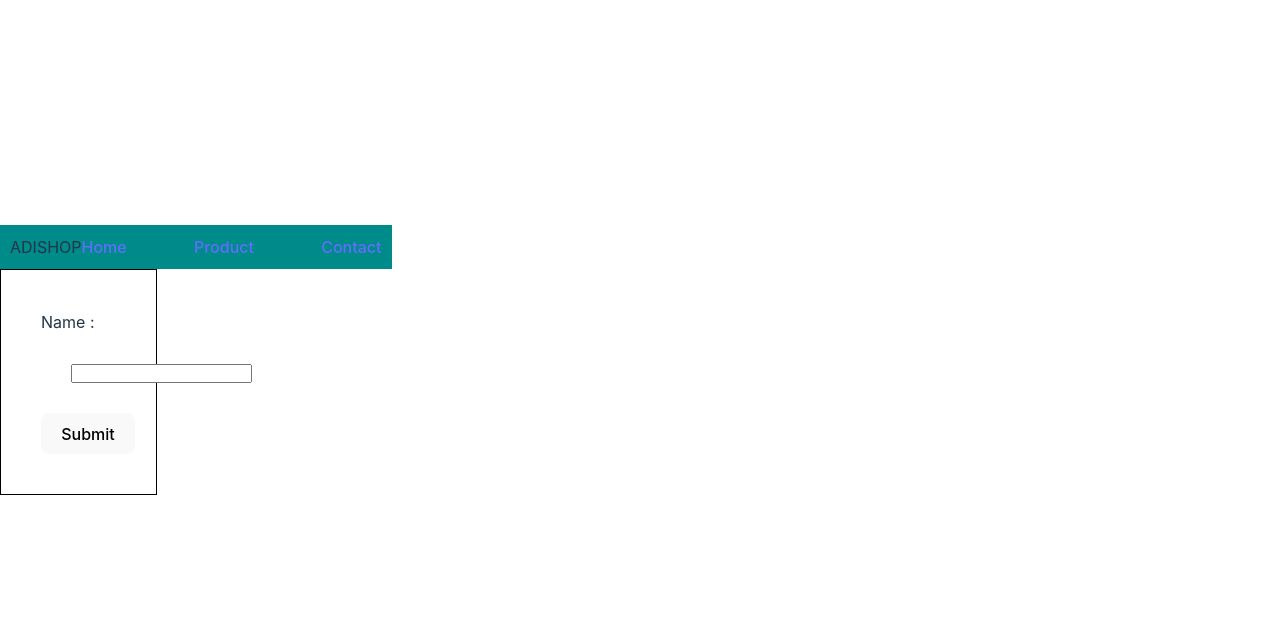
Repository: Aditya0377/React-ecommercewebsite
Page: /contact (app in ecommerce/)
These files come from the project's save history. The page is drawn as it stood at one moment and after the next save; the edit follows.
The browser window is 1280 px wide. The pictures show the whole page.
The project was rebuilt for these pictures with package versions that can differ from the ones it lists, and the page was loaded fresh each time. Also part of the build but not shown: ecommerce/vite.config.js, ecommerce/src/components/Home.jsx, ecommerce/src/components/Product.css, ecommerce/src/components/Product.jsx, ecommerce/src/components/Login.css, ecommerce/src/components/Login.jsx.

Above is the page before, as saved 2025-01-21 16:47:29.

After the next save:
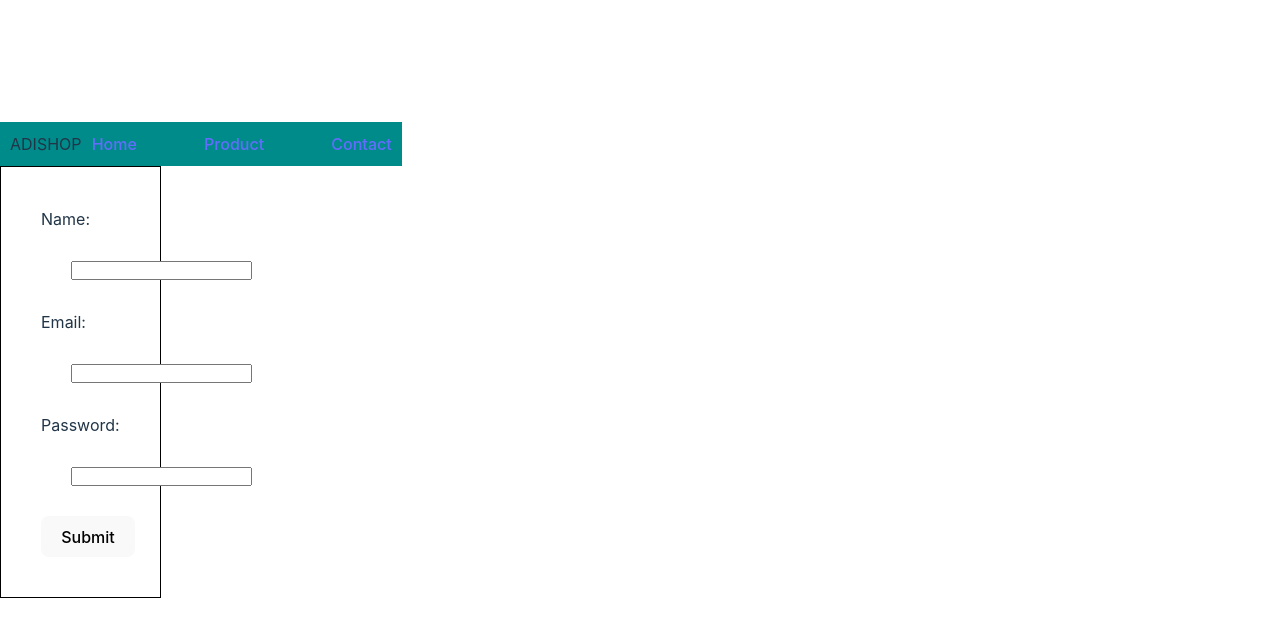
Saved 4 min 27 s later.
--- a/ecommerce/src/components/Contact.jsx
+++ b/ecommerce/src/components/Contact.jsx
@@ -1,41 +1,106 @@
-import React, { useState } from 'react'
-import "./Contact.css"
-import { data, useNavigate } from 'react-router-dom'
-import axios from 'axios'
+// import React, { useState } from 'react'
+// import "./Contact.css"
+// import { data, useNavigate } from 'react-router-dom'
+// import axios from 'axios'
+// const Contact = () => {
+//     const [name, setName] = useState("");
+//     const [email, setEmail] = useState("");
+//     const [password, setPassword] = useState("");
+
+
+//     let nav = useNavigate();
+//     const formsubmit = (e) => {
+//         e.preventDefault();
+//         axios.post('http://localhost:3000/', {
+//             name: ' name',
+//             email: 'email',
+//             password: 'password',
+
+//         }).then((data) => data)
+//         // nav('/login')
+//         // setEmail(data.json)
+//         console.log(email)
+//     }
+
+//     return (
+//         <div className='paradiv'>
+//             <form className='contact' onSubmit={formsubmit}>
+//                 <label>Name :</label>
+//                 <input type='text' onChange={(e) => setName(e.target.value)} /><br />
+//                 {/* <label>Email :</label>
+//                 <input type='email' onChange={(e) => setEmail(e.target.value)} /><br />
+//                 <label>Password :</label>
+//                 <input type='password' onChange={(e) => setPassword(e.target.value)} /><br /> */}
+//                 <button >Submit</button><br />
+
+//             </form>
+//         </div >
+//     )
+// }
+
+// export default Contact
+
+import React, { useState } from 'react';
+import "./Contact.css";
+import { useNavigate } from 'react-router-dom';
+import axios from 'axios';
+
 const Contact = () => {
     const [name, setName] = useState("");
     const [email, setEmail] = useState("");
     const [password, setPassword] = useState("");
 
+    let nav = useNavigate();
 
-    let nav = useNavigate();
-    const formsubmit = (e) => {
+    const formSubmit = async (e) => {
         e.preventDefault();
-        axios.post('http://localhost:3000/', {
-            name: ' name',
-            email: 'email',
-            password: 'password',
+        try {
+            const response = await axios.post('http://localhost:3000/', {
+                name: name,
+                email: email,
+                password: password,
+            });
 
-        }).then((data) => data)
-        // nav('/login')
-        // setEmail(data.json)
-        console.log(email)
-    }
+            console.log('Response from server:', response.data);
+            alert('Form submitted successfully!');
+            nav('/login'); // Navigate to login page after successful submission
+        } catch (error) {
+            console.error('Error submitting the form:', error);
+            alert('Failed to submit the form. Please try again.');
+        }
+    };
 
     return (
         <div className='paradiv'>
-            <form className='contact' onSubmit={formsubmit}>
-                <label>Name :</label>
-                <input type='text' onChange={(e) => setName(e.target.value)} /><br />
-                {/* <label>Email :</label>
-                <input type='email' onChange={(e) => setEmail(e.target.value)} /><br />
-                <label>Password :</label>
-                <input type='password' onChange={(e) => setPassword(e.target.value)} /><br /> */}
-                <button >Submit</button><br />
+            <form className='contact' onSubmit={formSubmit}>
+                <label>Name:</label>
+                <input
+                    type='text'
+                    value={name}
+                    onChange={(e) => setName(e.target.value)}
+                    required
+                /><br />
 
+                <label>Email:</label>
+                <input
+                    type='email'
+                    value={email}
+                    onChange={(e) => setEmail(e.target.value)}
+                    required
+                /><br />
+
+                <label>Password:</label>
+                <input
+                    type='password'
+                    value={password}
+                    onChange={(e) => setPassword(e.target.value)}
+                    required
+                /><br />
+
+                <button type='submit'>Submit</button><br />
             </form>
-        </div >
-    )
-}
+        </div>
+    );
+};
 
-export default Contact
+export default Contact;

After the save that followed:
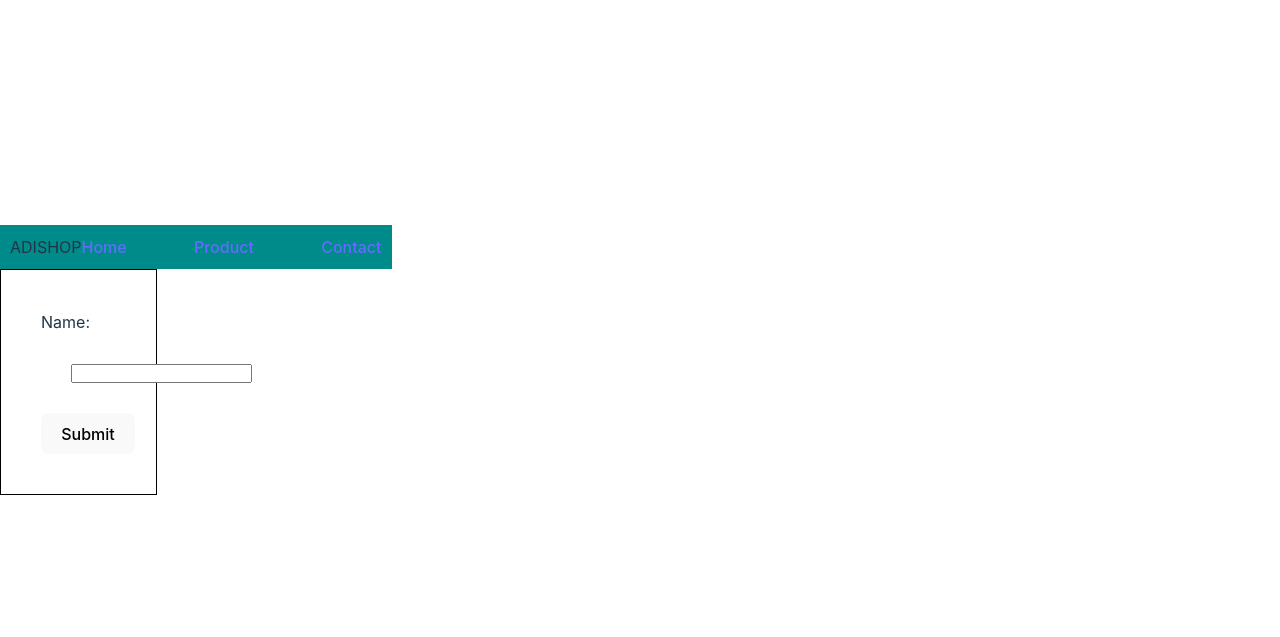
Saved 19 s later.
--- a/ecommerce/src/components/Contact.jsx
+++ b/ecommerce/src/components/Contact.jsx
@@ -81,7 +81,7 @@
                     required
                 /><br />
 
-                <label>Email:</label>
+                {/* <label>Email:</label>
                 <input
                     type='email'
                     value={email}
@@ -95,7 +95,7 @@
                     value={password}
                     onChange={(e) => setPassword(e.target.value)}
                     required
-                /><br />
+                /><br /> */}
 
                 <button type='submit'>Submit</button><br />
             </form>
